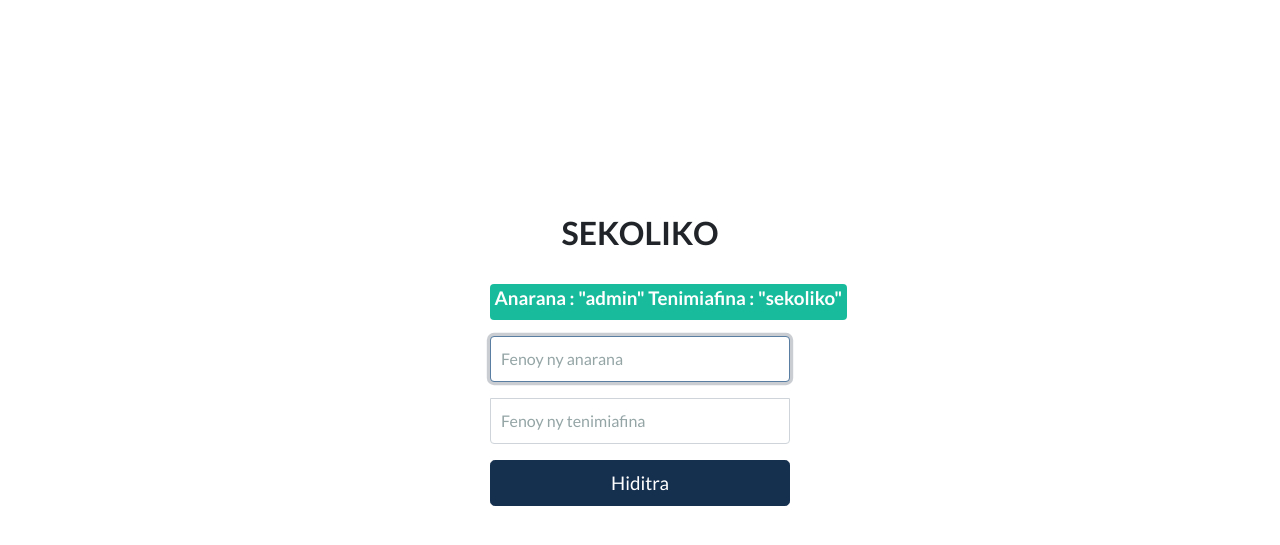
Repository: niainamahefa/j2ee-sekoliko
Page: http://localhost/Ecole/login
These files come from the project's save history. The page is drawn as it stood at one moment and after the next save; the edit follows.
The browser window is 1280 px wide. The pictures show the whole page.
The page is served by Tomcat 9.

Above is the page before, as saved 2021-02-07 21:08:47.

After the next save:
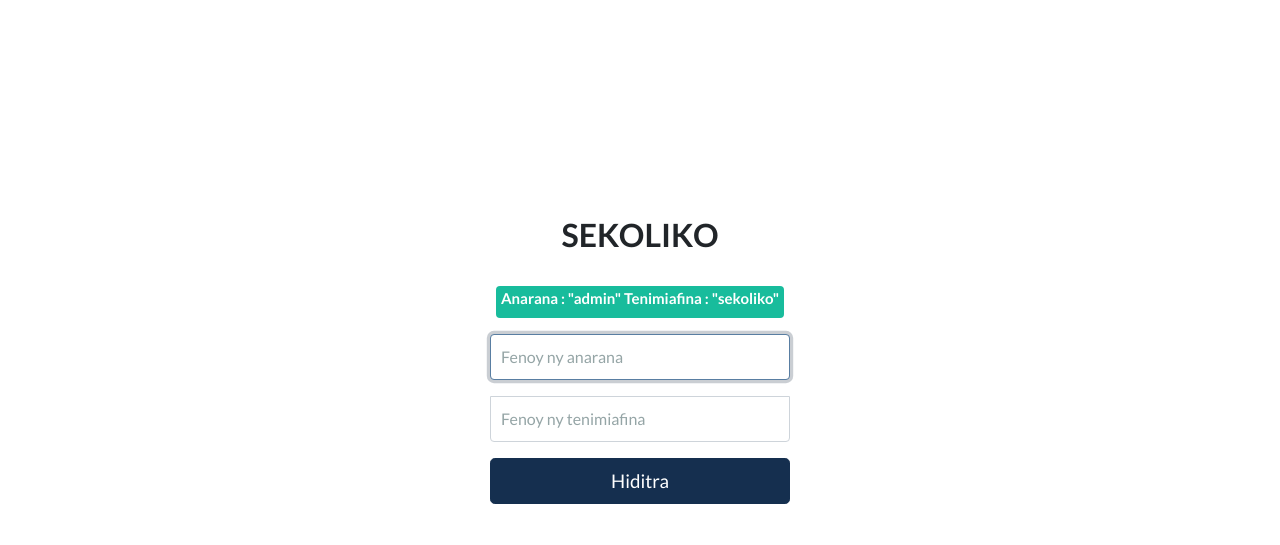
Saved 17 s later.
--- a/Ecole/WebContent/WEB-INF/login.jsp
+++ b/Ecole/WebContent/WEB-INF/login.jsp
@@ -36,7 +36,7 @@
   <body class="text-center">
 	    <form class="form-signin" method="post">
 		  <h1 class="h3 mb-3 font-weight-bold">SEKOLIKO</h1>
-		  <div class="badge badge-success mt-3 mb-3"><h4 class="h5 font-weight-bold text-center">Anarana : "admin" Tenimiafina : "sekoliko"</h1></div>
+		  <div class="badge badge-success mt-3 mb-3"><h4 class="h6 font-weight-bold text-center">Anarana : "admin" Tenimiafina : "sekoliko"</h1></div>
 		  <label for="inputEmail" class="sr-only">Anarana</label>
 		  <input type="text" id="inputEmail" class="form-control" placeholder="Fenoy ny anarana"  name="anarana" required autofocus>
 		  <label for="inputPassword" class="sr-only">Tenimiafina</label>
